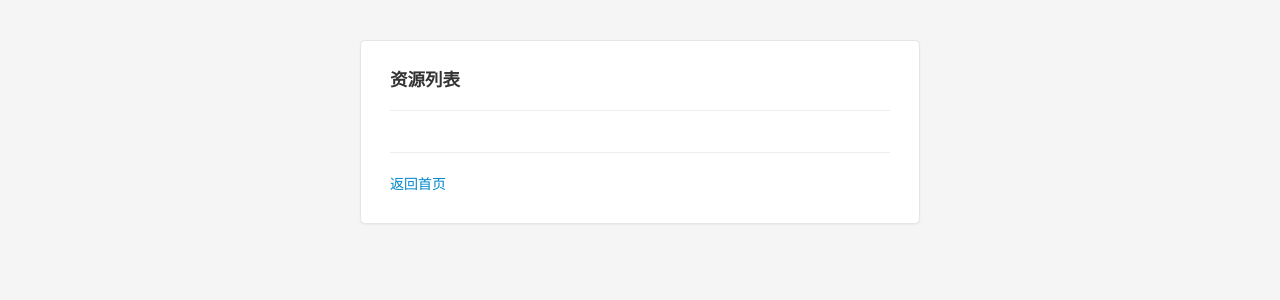
Repository: hbisheng/Academic-portal-website
Page: http://localhost/NewInfo/media/index.jsp
The author's editor kept a copy of each file at every save. The page is drawn from the files as they stood at one save, then again after the next save.
The browser window is 1280 px wide. The pictures show the whole page.
The page is served by Tomcat 9. Other server files are loaded and not shown. Queries for data that is not in the repository find no rows.

Above is the page before, as saved 2014-09-21 22:42:11.

### Java_info/NewInfo/WebContent/media/index.jsp
<%@page import="edu.thu.cs.*"%>
<%@page import="jdbc.*"%>
<%@page import="java.util.*"%>

<%@ page language="java" contentType="text/html; charset=UTF-8"
    pageEncoding="UTF-8"%>
<!DOCTYPE html PUBLIC "-//W3C//DTD HTML 4.01 Transitional//EN" "http://www.w3.org/TR/html4/loose.dtd">
<html>
<head>
<meta http-equiv="Content-Type" content="text/html; charset=UTF-8">
<link href="../bootstrap/css/bootstrap.css" rel="stylesheet">
    <style type="text/css">
      body {
        padding-top: 40px;
        padding-bottom: 40px;
        background-color: #f5f5f5;
      }

      .form-signin {
        max-width: 500px;
        padding: 19px 29px 29px;
        margin: 0 auto 20px;
        background-color: #fff;
        border: 1px solid #e5e5e5;
        -webkit-border-radius: 5px;
           -moz-border-radius: 5px;
                border-radius: 5px;
        -webkit-box-shadow: 0 1px 2px rgba(0,0,0,.05);
           -moz-box-shadow: 0 1px 2px rgba(0,0,0,.05);
                box-shadow: 0 1px 2px rgba(0,0,0,.05);
      }
      .form-signin .form-signin-heading,
      .form-signin .checkbox {
        margin-bottom: 10px;
      }
      .form-signin input[type="text"],
      .form-signin input[type="password"] {
        font-size: 16px;
        height: auto;
        margin-bottom: 15px;
        padding: 7px 9px;
      }

    </style>
<link href="../bootstrap/css/bootstrap-responsive.css" rel="stylesheet">
<title>Insert title here</title>
</head>
<body>
<div class="container form-signin">
 <div class="row-fluid">



<h4>资源列表</h4>
<%
	String this_url = "media_manage.jsp";
	JdbcDao jdbc = new JdbcDao();
	String action = request.getParameter("action");
	System.out.println(action);
	if(action != null)//删除某个课程
	{
		if(action.equals("delete"))
		{
			String id_string = request.getParameter("id");
			if(id_string != null)
			{
				int media_id = Integer.parseInt(id_string);
				jdbc.delMedia(media_id);
				System.out.println("delete the media");
			}
		}
	}
%>

<hr>
<%
	List<Integer> c= jdbc.getMediaIndex(0);
	int cnt = 0;
	if(c!=null){
		%><table><%
		for(Integer i : c)
		{
			++cnt;
			Media media = jdbc.getMedia(i);
			String show_url= "../media/show.jsp?id="+media.id;
			String del_url = this_url+"?action=delete&id="+media.id;
			%><tr><td><%=media.content%></td><%
			%><td><%=media.url%></td><%
			%><td><%=media.type%></td><%
			%><td><a href="<%=show_url%>">查看</a></td><%
		}
		%></table><%
	}
%>

<hr><a href="../home.jsp">返回首页</a>
</div>
</div>
</body>
</html>

### Java_info/NewInfo/src/jdbc/JdbcDao.java
package jdbc;
import java.util.*;
import java.sql.*;
import edu.thu.cs.*;
import java.text.*;

public class JdbcDao {
	public String TAG = this.getClass().getName();
	public static String URL = "jdbc:mysql://localhost:3306/";
	public static String DATABASENAME = "info";
	static {
		try {
			Class.forName("com.mysql.jdbc.Driver");
		} catch (ClassNotFoundException e) {
			e.printStackTrace();
		}
	}

	public User addUser(User user) //参数user需要保证validate = true  需要提前检查重名
	{
		try {
			Connection conn = DriverManager.getConnection(URL + DATABASENAME,"root","");
			PreparedStatement Statement=conn.prepareStatement(
		    		"INSERT INTO user VALUES(NULL,?,?,?,?,?,?,?,?,?,?,?,?,?,?,?)");
		    Statement.setString(1,user.account);
		    Statement.setString(2,user.password);
		    Statement.setString(3,user.realname);
		    Statement.setString(4,user.nickname);
		    Statement.setString(5,user.sex);
		    Statement.setString(6,user.birth);
		    Statement.setString(7,user.phone);
		    Statement.setString(8,user.e_name);
		    Statement.setString(9,user.e_phone);
		    Statement.setString(10,user.address);
		    Statement.setString(11, user.qq);
		    Statement.setInt(12, user.verify);
		    Statement.setInt(13, user.permit_admin);
		    Statement.setInt(14, user.permit_post);
		    Statement.setInt(15, user.permit_login);
		    Statement.executeUpdate();
		    System.out.println("In addU:addUser");
		    if(conn != null)
		    	conn.close();
		    if(Statement != null)
		    	Statement.close();
		} catch (SQLException e) {
			e.printStackTrace();
		}
		user.id = 0;//search by account
		return getUser(user);
	}

	public User getUser(User user)//依次按照以下参数寻找  id, account, nickname, 它们都是唯一的，如果要跳过就置0或置null
	{
		User target = new User();
		target.id = 0;
		try {
			Connection conn = DriverManager.getConnection(URL + DATABASENAME,"root","");
			Statement stmt = conn.createStatement();
			ResultSet rs;
			if(user.id != 0)
			{
				 rs = stmt.executeQuery("select * from user where id="+user.id);
			}
			else if((user.account != null) && !(user.account.equals("")))
			{
				 rs = stmt.executeQuery("select * from user where account=\""+user.account+"\"");
			}
			else if((user.nickname != null)&& !(user.nickname.equals("")))
			{
				 rs = stmt.executeQuery("select * from user where nickname=\""+user.nickname+"\"");
				 System.out.println("getUser by nickname");
			}
			else
			{
				System.out.println("查找失败，没有提供足够的信息");
				return null;
			}
			while (rs.next()) {
		    	target.id = Integer.parseInt(rs.getString("id"));
		    	target.account = rs.getString("account");
		    	target.password = rs.getString("password");
		    	target.realname = rs.getString("realname");
		    	target.nickname = rs.getString("nickname");
		    	target.sex = rs.getString("sex");
		    	target.birth = rs.getString("birth");
		    	target.phone = rs.getString("phone");
		    	target.e_name = rs.getString("e_name");
		    	target.e_phone = rs.getString("e_phone");
		    	target.address = rs.getString("address");
		    	target.qq = rs.getString("qq");
		    	target.verify = Integer.parseInt(rs.getString("verify"));
		    	target.permit_admin = Integer.parseInt(rs.getString("permit_admin"));
		    	target.permit_post = Integer.parseInt(rs.getString("permit_post"));
		    	target.permit_login = Integer.parseInt(rs.getString("permit_login"));
			}
			if(conn != null)
		    	conn.close();
		    if(stmt != null)
		    	stmt.close();
		    if(rs != null)
		    	rs.close();
		} catch (SQLException e) {
			e.printStackTrace();
		}
		if(target.id == 0)//找不到该用户
		{
			System.out.println("没有找到符合要求的用户");
			return null;
		}
		else
			return target;
	}
	public void updateUser(User user)//the id has to be the old one, contents are new.
	{
		try {
			Connection conn = DriverManager.getConnection(URL + DATABASENAME,"root","");
			PreparedStatement Statement=conn.prepareStatement
					("update user set password=?,nickname=?, sex=?, birth=?,phone=?,"
					+ "e_name=?,e_phone=?,address=?,qq=?,verify=?,permit_admin=?,permit_post=?,permit_login=? where id ="+user.id);

			Statement.setString(1,user.password);
			Statement.setString(2,user.nickname);
			Statement.setString(3,user.sex);
			Statement.setString(4,user.birth);
			Statement.setString(5,user.phone);
			Statement.setString(6,user.e_name);
			Statement.setString(7,user.e_phone);
			Statement.setString(8,user.address);
			Statement.setString(9,user.qq);
			Statement.setInt(10, user.verify);
		    Statement.setInt(11, user.permit_admin);
		    Statement.setInt(12, user.permit_post);
		    Statement.setInt(13, user.permit_login);
		    Statement.executeUpdate();
		    if(conn != null)
		    	conn.close();
		    if(Statement != null)
		    	Statement.close();
		} catch (SQLException e) {
			e.printStackTrace();
		}
	}

	public List<Integer> getUserIndex() {
		List<Integer> list = new ArrayList<Integer>();
		try {
			Connection conn = DriverManager.getConnection(URL + DATABASENAME,"root","");
			Statement stmt = conn.createStatement();
			ResultSet rs = stmt.executeQuery("select * from user");
			while (rs.next()) {
				list.add(rs.getInt("id"));
			}
			if(conn != null)
		    	conn.close();
		    if(stmt != null)
		    	stmt.close();
		    if(rs != null)
		    	rs.close();
		} catch (SQLException e) {
			e.printStackTrace();
		}
		return list;
	}
	public void delUser(User user)
	{
		try {
			Connection conn = DriverManager.getConnection(URL + DATABASENAME,"root","");
			PreparedStatement Statement=conn.prepareStatement("delete from user where id=" + user.id);
			Statement.executeUpdate();
		} catch (SQLException e) {
			// TODO Auto-generated catch block
			e.printStackTrace();
		}
	}
	//About the course!!

	public int addCourse(Course course) //参数user需要保证validate = true  需要提前检查重名
	{
		int course_id = 0;
		try {
			Connection conn = DriverManager.getConnection(URL + DATABASENAME,"root","");
			PreparedStatement Statement=conn.prepareStatement(
		    		"INSERT INTO course VALUES(NULL,?,?,?,?,?,?,?,?)");
		    Statement.setInt(1,course.valid);
		    Statement.setString(2,course.name);
		    Statement.setString(3,course.teacher);
		    Statement.setString(4,course.content);
		    Statement.setInt(5,course.capacity);
		    Statement.setString(6,course.classtime);
		    Statement.setString(7,course.start_time);
		    Statement.setString(8,course.end_time);
		    Statement.executeUpdate();

		    Statement stmt = conn.createStatement();
		    ResultSet rs = stmt.executeQuery("select * from course where name=\""+course.name+"\" and teacher= \""+course.teacher+"\"");
		    while (rs.next()) {
				course_id = rs.getInt("id");
			}
		    if(conn != null)
		    	conn.close();
		    if(Statement != null)
		    	Statement.close();
		    if(stmt!=null)
		    	stmt.close();
		    if(rs!=null)
		    	rs.close();
		} catch (SQLException e) {
			e.printStackTrace();
		}
		return course_id;
	}

	public Course getCourse(int course_id)//依次按照以下参数寻找  id, account, nickname, 它们都是唯一的，如果要跳过就置0或置null
	{
		Course target = new Course();
		target.id = 0;
		try {
			Connection conn = DriverManager.getConnection(URL + DATABASENAME,"root","");
			Statement stmt = conn.createStatement();
			ResultSet rs;
			if(course_id != 0)
			{
				 rs = stmt.executeQuery("select * from course where id="+course_id+" and valid = 1");
			}
			else
			{
				System.out.println("查找失败,course中没有提供足够的信息");
				return null;
			}

			while (rs.next()) {
		    	target.id = Integer.parseInt(rs.getString("id"));
		    	target.valid = rs.getInt("valid");
		    	target.name = rs.getString("name");
		    	target.teacher = rs.getString("teacher");
		    	target.content = rs.getString("content");
		    	target.capacity = rs.getInt("capacity");
		    	target.classtime = rs.getString("classtime");
		    	target.start_time = rs.getString("start");
		    	target.end_time = rs.getString("end");
		    }
			if(conn != null)
		    	conn.close();
		    if(stmt != null)
		    	stmt.close();
		    if(rs != null)
		    	rs.close();
		} catch (SQLException e) {
			e.printStackTrace();
		}
		if(target.id == 0)//找不到该用户
		{
			System.out.println("没有找到符合要求的用户课程");
			return null;
		}
		else
			return target;
	}

	public void updateCourse(Course c)//the id has to be the old one, contents are new.
	{
		try {
			Connection conn = DriverManager.getConnection(URL + DATABASENAME,"root","");
			PreparedStatement Statement=conn.prepareStatement
			("update course set name=?,teacher=?, classtime=?, capacity=?, valid=?,"
					+ "content=?,start=?,end=? where id ="+c.id);
			Statement.setString(1,c.name);
			Statement.setString(2,c.teacher);
			Statement.setString(3,c.classtime);
			Statement.setInt(4,c.capacity);
			Statement.setInt(5,c.valid);
			Statement.setString(6,c.content);
			Statement.setString(7,c.start_time);
			Statement.setString(8,c.end_time);
		    Statement.executeUpdate();
		    if(conn != null)
		    	conn.close();
		    if(Statement != null)
		    	Statement.close();
		} catch (SQLException e) {
			e.printStackTrace();
		}
	}
	public void delCourse(int course_id) {
		try {
			Connection conn = DriverManager.getConnection(URL + DATABASENAME,"root","");
			PreparedStatement Statement=conn.prepareStatement("update course set valid = 0 where id=" + course_id);
			Statement.executeUpdate();
			if(conn != null)
		    	conn.close();
		    if(Statement != null)
		    	Statement.close();

		} catch (SQLException e) {
			// TODO Auto-generated catch block
			e.printStackTrace();
		}

		List<Integer> li = getUserCourse(course_id);
		for(Integer uid:li)
		{
			delUserCourse(uid, course_id);
		}
	}
	public List<Integer> getCourseIndex(int user_id)
	{
		List<Integer> list_c= new ArrayList<Integer>();
		try {
			Connection conn = DriverManager.getConnection(URL + DATABASENAME,"root","");
			Statement stmt = conn.createStatement();
			ResultSet rs;
			if(user_id == 0)
			{
				rs = stmt.executeQuery("select * from course where valid = 1");
				while(rs.next())
				{
					list_c.add(rs.getInt("id"));
				}
			}
			else
			{
				rs = stmt.executeQuery("select * from user_course where user_id="+user_id+" and valid = 1");
				while(rs.next())
				{
					list_c.add(rs.getInt("course_id"));
				}
			}

			if(conn != null)
		    	conn.close();
		    if(stmt != null)
		    	stmt.close();
		    if(rs != null)
		    	rs.close();
		} catch (SQLException e) {
			// TODO Auto-generated catch block
			e.printStackTrace();
		}
		return list_c;
	}

	public void addUserCourse(int uid, int cid)
	{
		int yesValid = 1;
		int yesNew = 1;
		try {
			Connection conn = DriverManager.getConnection(URL + DATABASENAME,"root","");
			PreparedStatement Statement=conn.prepareStatement("insert into user_course VALUES(?,?,?,?,?)");
			Statement.setInt(1,uid);
			Statement.setInt(2,cid);
			Statement.setInt(3,yesValid);
			Statement.setInt(4,yesNew);

			SimpleDateFormat df = new SimpleDateFormat("yyyy-MM-dd HH:mm:ss");
			Calendar c = Calendar.getInstance();
			Statement.setString(5, df.format(c.getTime()));

			Statement.executeUpdate();
			if(conn != null)
		    	conn.close();
		    if(Statement != null)
		    	Statement.close();

		} catch (SQLException e) {
			// TODO Auto-generated catch block
			e.printStackTrace();
		}
	}
	public void delUserCourse(int uid, int cid)
	{
		int yesValid = 0;
		int yesNew = 0;
		try {
			Connection conn = DriverManager.getConnection(URL + DATABASENAME,"root","");
			PreparedStatement Statement=conn.prepareStatement("update user_course set valid = 0 where course_id=? and user_id=?");
			Statement.setInt(1,cid);
			Statement.setInt(2,uid);
			Statement.executeUpdate();

			Statement=conn.prepareStatement("insert into user_course VALUES(?,?,?,?,?)");
			Statement.setInt(1,uid);
			Statement.setInt(2,cid);
			Statement.setInt(3,yesValid);
			Statement.setInt(4,yesNew);

			SimpleDateFormat df = new SimpleDateFormat("yyyy-MM-dd HH:mm:ss");
			Calendar c = Calendar.getInstance();
			Statement.setString(5, df.format(c.getTime()));
			Statement.executeUpdate();

			if(conn != null)
		    	conn.close();
		    if(Statement != null)
		    	Statement.close();
		} catch (SQLException e) {
			// TODO Auto-generated catch block
			e.printStackTrace();
		}
	}
	public int checkUserCourse(int uid, int cid)
	{
		try {
			//sSystem.out.println("In checkUC uid:"+uid+" cid: "+cid);
			Connection conn = DriverManager.getConnection(URL + DATABASENAME,"root","");
			Statement stmt = conn.createStatement();
			ResultSet rs = stmt.executeQuery("select * from user_course where course_id="+cid+" and valid=1 and user_id="+uid);

			String s = null;
			while(rs.next())
			{
				s = rs.getString("time");
			}
			if(s != null)
			{
				return 1;
			}
			conn.close();
			stmt.close();
			rs.close();
		} catch (SQLException e) {
			// TODO Auto-generated catch block
			e.printStackTrace();
		}
		//System.out.println("return 0");
		return 0;
	}

	public List<Integer> getUserCourse(int course_id)//get the list of the users_id that has this course
	{
		List<Integer> list_c= new ArrayList<Integer>();
		try {
			Connection conn = DriverManager.getConnection(URL + DATABASENAME,"root","");
			Statement stmt = conn.createStatement();
			ResultSet rs;
			if(course_id == 0)
			{
				System.out.println("In getUserCourse 没有提供课程编号");
				return null;
			}
			else
			{
				rs = stmt.executeQuery("select * from user_course where course_id="+course_id+" and valid=1");
				while(rs.next())
				{
					list_c.add(rs.getInt("user_id"));
				}
			}
			if(conn != null)
		    	conn.close();
		    if(stmt != null)
		    	stmt.close();
		    if(rs != null)
		    	rs.close();
		} catch (SQLException e)
		{
			// TODO Auto-generated catch block
			e.printStackTrace();
		}
		return list_c;
	}
	public List<UserCourse> getUserCourseHistory(int user_id)//get the list of the users_id that has this course
	{
		List<UserCourse> list_c= new ArrayList<UserCourse>();
		try {
			Connection conn = DriverManager.getConnection(URL + DATABASENAME,"root","");
			Statement stmt = conn.createStatement();
			ResultSet rs;
			if(user_id == 0)
			{
				System.out.println("In getUserCourseHistory 没有提供user编号");
				return null;
			}
			else
			{
				rs = stmt.executeQuery("select * from user_course where user_id="+user_id);
				while(rs.next())
				{
					UserCourse tmp = new UserCourse();
					tmp.user_id = rs.getInt("user_id");
					tmp.course_id = rs.getInt("course_id");
					tmp.valid = rs.getInt("valid");
					tmp.operation = rs.getInt("operation");
					tmp.time = rs.getString("time").substring(0, 19);
					list_c.add(tmp);
				}
			}
			if(conn != null)
		    	conn.close();
		    if(stmt != null)
		    	stmt.close();
		    if(rs != null)
		    	rs.close();
		} catch (SQLException e)
		{
			// TODO Auto-generated catch block
			e.printStackTrace();
		}
		return list_c;
	}

	public void addCategory(Category c)
	{
		try {
			Connection conn = DriverManager.getConnection(URL + DATABASENAME,"root","");
			PreparedStatement Statement=conn.prepareStatement("insert into category VALUES(NULL,?)");
			Statement.setString(1,c.name);
			Statement.executeUpdate();
			if(conn != null)
		    	conn.close();
		    if(Statement != null)
		    	Statement.close();
		} catch (SQLException e) {
			// TODO Auto-generated catch block
			e.printStackTrace();
		}
	}
	public Category getCategory(int id)
	{
		Category c = new Category();
		try {
			Connection conn = DriverManager.getConnection(URL + DATABASENAME,"root","");
			Statement stmt = conn.createStatement();
			ResultSet rs = stmt.executeQuery("select * from category where id ="+id);
		    while (rs.next()) {
		    	c.id = rs.getInt("id");
		    	c.name = rs.getString("Name");
		    }
		    if(conn != null)
		    	conn.close();
		    if(stmt != null)
		    	stmt.close();
		    if(rs != null)
		    	rs.close();
		} catch (SQLException e) {
			// TODO Auto-generated catch block
			e.printStackTrace();
		}
		return c;
	}
	public void delCategory(int category_id)
	{
		try {
			Connection conn = DriverManager.getConnection(URL + DATABASENAME,"root","");
			PreparedStatement Statement=conn.prepareStatement("delete from category where id=" + category_id);
			Statement.executeUpdate();
		} catch (SQLException e) {
			// TODO Auto-generated catch block
			e.printStackTrace();
		}
	}
	public List<Integer> getCategoryIndex()
	{
		List<Integer> list_c= new ArrayList<Integer>();
		try {
			Connection conn = DriverManager.getConnection(URL + DATABASENAME,"root","");
			Statement stmt = conn.createStatement();
			ResultSet rs = stmt.executeQuery("select * from category");
			while(rs.next())
		 	{
				list_c.add(rs.getInt("id"));
			}
			if(conn != null)
		    	conn.close();
		    if(stmt != null)
		    	stmt.close();
		    if(rs != null)
		    	rs.close();
		} catch (SQLException e) {
			// TODO Auto-generated catch block
			e.printStackTrace();
		}
		return list_c;
	}


	public int addPost(Post post){
		int post_id=0;
		try {
			Connection conn = DriverManager.getConnection(URL + DATABASENAME,"root","");
			PreparedStatement Statement=conn.prepareStatement("insert into post VALUES(NULL,?,?,?,?)");
			Statement.setInt(1,post.category_id);
		    Statement.setString(2,post.topic);
		    Statement.setString(3,post.initiator);
		    SimpleDateFormat df = new SimpleDateFormat("yyyy-MM-dd HH:mm:ss");
			Calendar c = Calendar.getInstance();
			Statement.setString(4, df.format(c.getTime()));
		    Statement.executeUpdate();

		    Statement stmt = conn.createStatement();
			ResultSet rs = stmt.executeQuery("select * from post where topic=\""+post.topic+"\" and category_id = "+post.category_id);
		    while (rs.next()) {
				post_id = rs.getInt("id");
			}

		    if(conn != null)
		    	conn.close();
		    if(Statement != null)
		    	Statement.close();
		    if(stmt != null)
		    	stmt.close();
		    if(rs != null)
		    	rs.close();

		} catch (SQLException e) {
			// TODO Auto-generated catch block
			e.printStackTrace();
		}
		return post_id;
	}
	public void delPost(int post_id)
	{
		try {
			Connection conn = DriverManager.getConnection(URL + DATABASENAME,"root","");
			PreparedStatement Statement=conn.prepareStatement("delete from post where id=" + post_id);
			Statement.executeUpdate();
			if(conn != null)
		    	conn.close();
		    if(Statement != null)
		    	Statement.close();
		} catch (SQLException e) {
			// TODO Auto-generated catch block
			e.printStackTrace();
		}
	}

	public Post getPost(int post_id)
	{
		Post p = new Post();
		try {
			Connection conn = DriverManager.getConnection(URL + DATABASENAME,"root","");
			Statement stmt = conn.createStatement();
			ResultSet rs = stmt.executeQuery("select * from post where id ="+post_id);
		    while (rs.next()) {
		    	p.id = rs.getInt("id");
		    	p.category_id = rs.getInt("category_id");
		    	p.initiator = rs.getString("initiator");
		    	p.topic = rs.getString("topic");
		    	p.time = rs.getString("time").substring(0,19);
		    }
		    if(conn != null)
		    	conn.close();
		    if(stmt != null)
		    	stmt.close();
		    if(rs != null)
		    	rs.close();
		} catch (SQLException e) {
			// TODO Auto-generated catch block
			e.printStackTrace();
		}
		return p;
	}

	public List<Integer> getPostIndex(int category_id)
	{
		List<Integer> list_c= new ArrayList<Integer>();
		try {
			Connection conn = DriverManager.getConnection(URL + DATABASENAME,"root","");
			Statement stmt = conn.createStatement();
			ResultSet rs = stmt.executeQuery("select * from post where category_id="+category_id);
			while(rs.next())
		 	{
				list_c.add(rs.getInt("id"));
			}
			if(conn != null)
		    	conn.close();
		    if(stmt != null)
		    	stmt.close();
		    if(rs != null)
		    	rs.close();
		} catch (SQLException e) {
			// TODO Auto-generated catch block
			e.printStackTrace();
		}
		return list_c;
	}


	public int addReply(Reply reply){
		try {
			Connection conn = DriverManager.getConnection(URL + DATABASENAME,"root","");
			PreparedStatement Statement=conn.prepareStatement("INSERT INTO reply VALUES(NULL,?,?,?,?)");
			Statement.setString(1,reply.content);
		    Statement.setString(2,Integer.toString(reply.post_id));
		    Statement.setString(3,Integer.toString(reply.user_id));
		    SimpleDateFormat df = new SimpleDateFormat("yyyy-MM-dd HH:mm:ss");
			Calendar c = Calendar.getInstance();
			Statement.setString(4, df.format(c.getTime()));
		    Statement.executeUpdate();
		    if(conn != null)
		    	conn.close();
		    if(Statement != null)
		    	Statement.close();
		} catch (SQLException e) {
			// TODO Auto-generated catch block
			e.printStackTrace();
		}
		return 0;
	}
	public List<Reply> getReplyList(int post_id)
	{
		List<Reply> list_c= new ArrayList<Reply>();
		try {
			Connection conn = DriverManager.getConnection(URL + DATABASENAME,"root","");
			Statement stmt = conn.createStatement();
			ResultSet rs = stmt.executeQuery("select * from reply where post_id="+post_id);
			while(rs.next())
		 	{
				Reply tmp = new Reply();
				tmp.id = rs.getInt("id");
				tmp.post_id = post_id;
				tmp.content = rs.getString("content");
				tmp.user_id = rs.getInt("user_id");
				tmp.time = rs.getString("time").substring(0,19);
				list_c.add(tmp);
			}
			if(conn != null)
		    	conn.close();
		    if(stmt != null)
		    	stmt.close();
		    if(rs != null)
		    	rs.close();
		} catch (SQLException e) {
			// TODO Auto-generated catch block
			e.printStackTrace();
		}
		return list_c;
	}
	public void delReply(int id)
	{
		try {
			Connection conn = DriverManager.getConnection(URL + DATABASENAME,"root","");
			PreparedStatement Statement=conn.prepareStatement("delete from reply where id=" + id);
			Statement.executeUpdate();
		} catch (SQLException e) {
			// TODO Auto-generated catch block
			e.printStackTrace();
		}
	}

	public void addMedia(Media m){
		try {
			Connection conn = DriverManager.getConnection(URL + DATABASENAME,"root","");
			PreparedStatement Statement=conn.prepareStatement("insert into media VALUES(NULL,?,?,?,?)");
			Statement.setInt(1,m.type);
		    Statement.setString(2,m.url);
		    Statement.setString(3,m.name);
		    Statement.setString(4,m.content);
		    Statement.executeUpdate();

		    conn.close();
		    Statement.close();
		} catch (SQLException e) {
			// TODO Auto-generated catch block
			e.printStackTrace();
		}
	}
	public void delMedia(int media_id)
	{
		try {
			Connection conn = DriverManager.getConnection(URL + DATABASENAME,"root","");
			PreparedStatement Statement=conn.prepareStatement("delete from media where id=" + media_id);
			Statement.executeUpdate();
		} catch (SQLException e) {
			// TODO Auto-generated catch block
			e.printStackTrace();
		}
	}

	public Media getMedia(int media_id)
	{
		Media p = new Media();
		try {
			Connection conn = DriverManager.getConnection(URL + DATABASENAME,"root","");
			Statement stmt = conn.createStatement();
			ResultSet rs = stmt.executeQuery("select * from media where id ="+media_id);
		    while (rs.next()) {
		    	p.id = rs.getInt("id");
		    	p.name = rs.getString("name");
		    	p.type = rs.getInt("type");
		    	p.url = rs.getString("url");
		    	p.content = rs.getString("content");
		    }
		} catch (SQLException e) {
			// TODO Auto-generated catch block
			e.printStackTrace();
		}
		return p;
	}

	public List<Integer> getMediaIndex(int type)
	{
		List<Integer> list_c= new ArrayList<Integer>();
		try {
			Connection conn = DriverManager.getConnection(URL + DATABASENAME,"root","");
			Statement stmt = conn.createStatement();
			ResultSet rs = null;
			if(type == 0)
				 rs = stmt.executeQuery("select * from media");
			else
				 rs = stmt.executeQuery("select * from media where type="+type);
			while(rs.next())
				list_c.add(rs.getInt("id"));
			conn.close();
			stmt.close();
			rs.close();
		} catch (SQLException e) {
			// TODO Auto-generated catch block
			e.printStackTrace();
		}
		return list_c;
	}

	public Status getStatus()
	{
		Status s = new Status();
		try {
			Connection conn = DriverManager.getConnection(URL + DATABASENAME,"root","");
			Statement stmt = conn.createStatement();
			ResultSet rs = stmt.executeQuery("select * from status");
		    while (rs.next()) {
		    	s.choose = rs.getInt("choose");
		    }
		} catch (SQLException e) {
			// TODO Auto-generated catch block
			e.printStackTrace();
		}
		return s;
	}
	public void updateStatus(Status s)
	{
		try {
			Connection conn = DriverManager.getConnection(URL + DATABASENAME,"root","");
			PreparedStatement Statement=conn.prepareStatement
					("update status set choose=?");
			Statement.setInt(1,s.choose);
		    Statement.executeUpdate();
		} catch (SQLException e) {
			// TODO Auto-generated catch block
			e.printStackTrace();
		}
	}


	public void addToken(Token c)
	{
		try {
			Connection conn = DriverManager.getConnection(URL + DATABASENAME,"root","");
			PreparedStatement Statement=conn.prepareStatement("insert into token VALUES(?,?,?)");
			Statement.setInt(1,c.operation);
			Statement.setInt(2,c.user_id);
			Statement.setString(3,c.content);
			Statement.executeUpdate();


		    conn.close();
		    Statement.close();
		} catch (SQLException e) {
			// TODO Auto-generated catch block
			e.printStackTrace();
		}
	}
	public Token getToken(String content)
	{
		Token c = new Token();
		try {
			Connection conn = DriverManager.getConnection(URL + DATABASENAME,"root","");
			Statement stmt = conn.createStatement();
			ResultSet rs = stmt.executeQuery("select * from token where content= \""+content+"\"");
		    while (rs.next()) {
		    	c.operation = rs.getInt("operation");
		    	c.user_id = rs.getInt("user_id");
		    	c.content = content;
		    }
		} catch (SQLException e) {
			// TODO Auto-generated catch block
			e.printStackTrace();
		}
		return c;
	}


}

Loaded but not shown: Java_info/NewInfo/WebContent/bootstrap/css/bootstrap.css (library); Java_info/NewInfo/WebContent/bootstrap/css/bootstrap-responsive.css (library)

After the next save:
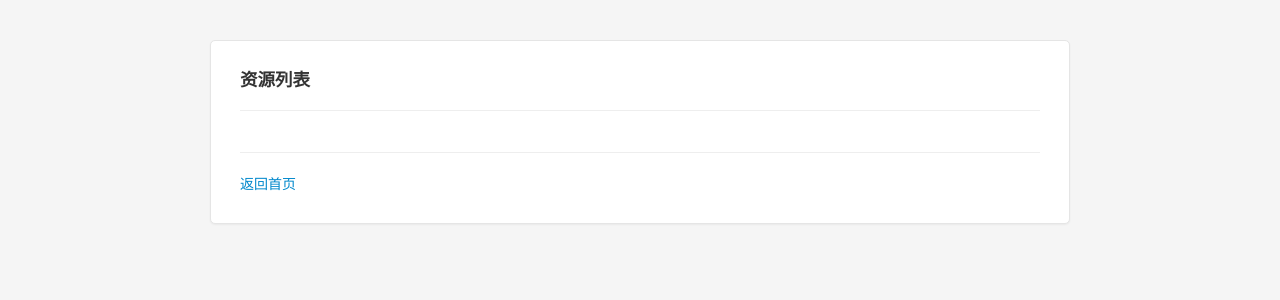
Saved 73 s later.
--- a/Java_info/NewInfo/WebContent/media/index.jsp
+++ b/Java_info/NewInfo/WebContent/media/index.jsp
@@ -17,7 +17,7 @@
       }
 
       .form-signin {
-        max-width: 500px;
+        max-width: 800px;
         padding: 19px 29px 29px;
         margin: 0 auto 20px;
         background-color: #fff;
